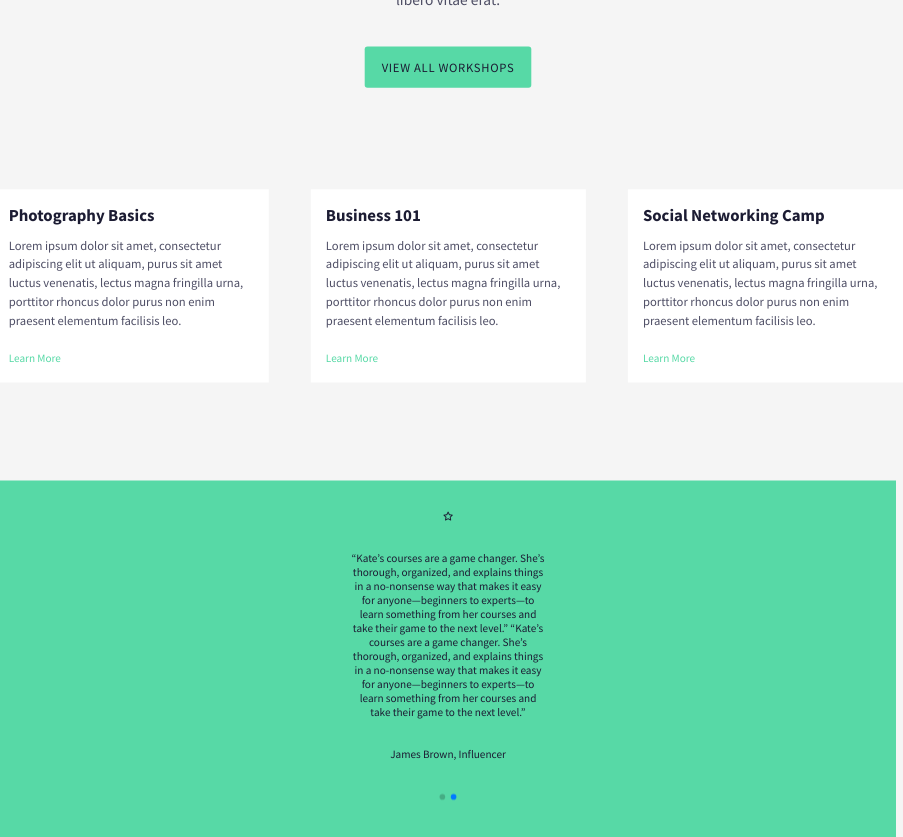
Repository: saidabbasun/skillz
Page: /
An editor plug-in stored every save of this project. The page is shown before and after a run of saves, followed by the edit.
The browser window is 1280 px wide. The page is 1290 px wide, so the pictures cover 1290 px, including what lies to the right of the window. The pictures show the part of the page from y = 3279 to 5159 px (the page is 4475 px tall before and 5159 px after), at 70% of full size.
The project was rebuilt for these pictures with package versions that can differ from the ones it lists, and the page was loaded fresh each time.

Above is the page before, as saved 2022-06-13 14:56:47.

### public/index.html
<!DOCTYPE html>
<html lang="en">
  <head>
    <meta charset="utf-8" />

    <meta name="viewport" content="width=device-width, initial-scale=1" />
    <meta name="theme-color" content="#000000" />
    <link rel="stylesheet" href="https://unicons.iconscout.com/release/v4.0.0/css/line.css">
    <link rel="stylesheet" href="path/to/font-awesome/css/font-awesome.min.css">
    <title>React App</title>
  </head>
  <body>

    <div id="root"></div>

  </body>
</html>

### src/index.js
import React from 'react';
import ReactDOM from 'react-dom/client';
import { BrowserRouter } from "react-router-dom";
import App from './App';


const root = ReactDOM.createRoot(document.getElementById('root'));
root.render(
  <BrowserRouter>
    <App />
  </BrowserRouter>
);

### src/App.js
import Courses from './Components/Courses/Courses';
import Header from './Components/Header';
import Home from './Components/Home';
import Workshops from './Components/Workshops/Workshops';
import './styles/Globl/collection.scss';

function App() {
  return (
    <div>
    <Header/>
    <Home/>
    <Courses/>
    <Workshops/>
    </div>
  );
}

export default App;

### src/Components/Courses/Courses.jsx
import React from "react";
import {Link} from 'react-router-dom'
import Cart from "./Cart";
import ContactUs from '../../assets/images/Contact.png'

const Courses = () => {
  return (
    <div className="container">
        <div className="coursesWrap">

      <div className="coursesTitle">Featured Courses
      <hr className="coursesHr" />
      </div>

      <div className="coursesText">
        Lorem ipsum dolor sit amet, consectetur adipiscing elit. Suspendisse
        varius enim in eros elementum tristique. Duis cursus, mi quis viverra
        ornare, eros dolor interdum nulla, ut commodo diam libero vitae erat.
      </div>
      <Link to={`/`} className="homeBtn ">
      View All Courses
                </Link>
        </div>
        <div className="cartWrap">
       <Cart />
       <Cart/>
       <Cart/>
        </div>
        <div className="contactUs">
          <div className="contactLeftWrap">
          <img src={ContactUs} className='contactImg' alt="Contact us" />
          </div>

          <div className="contactRightWrap">
          <div className='homeTitle'>Get personalized learning recommendations
          <hr className="contactHr" />
          </div>


                <p className="homeText contactText">Lorem ipsum dolor sit amet, consectetur adipiscing elit ut aliquam, purus sit amet luctus venenatis, lectus magna fringilla urnaLorem ipsum dolor sit amet.</p>

                <Link to={`/`} className="homeBtn">
                Contact Us
                </Link>
            </div>
          </div>
        </div>

  );
};

export default Courses;

### src/Components/Header.jsx
import React from 'react'

import { Link } from 'react-router-dom';
import Logo from '../assets/images/Logo.svg';
const Header = () => {
  return (
    <div>
        <div className="topDiscount">
            <p>One week only—50% off all courses with code 50OFF at checkout</p>
        </div>
        <div className="container">
            <div className="navbar">
                <Link  to={`/`}>
                <img src={Logo} alt="logo" />
                </Link>
                <div className="navbarNav">
                    <div className="navItem">
                        <Link  to={`/`} className='navLink'>Courses</Link>
                    </div>
                    <div className="navItem">
                        <Link  to={`/`} className='navLink'>Free Workshops</Link>
                    </div>
                    <div className="navItem">
                        <Link  to={`/`} className='navLink'>Blog</Link>
                    </div>
                    <div className="navItem">
                        <Link  to={`/`} className='navLink'>About</Link>
                    </div>
                    <div className="navItem">
                        <Link  to={`/`} className='navLink'>Contact</Link>
                    </div>
                </div>
                <div className="storWrapper">
                <Link  to={`/`}>
                <i className ="uil uil-shopping-cart stor"></i>
                </Link>
                     <div className="count">
                        <p>0</p>
                     </div>
                </div>
            </div>
        </div>
    </div>
  )
}

export default Header

### src/Components/Home.jsx
import React from 'react'
import { Link } from 'react-router-dom'

const Home = () => {
  return (
    <div className='container'>
        <div className="row">
            <div className="col5">
                <div className="CourseHome">
                    Featured Course
                </div>
                <p className='homeTitle'>Run your own online learning platform</p>
                <p className="homeText">A deep-dive on the Instagram algorythm, hashtags, content strategy, and branding.</p>
                <p className="homeAfter">Kathryn Murphy</p>
                <Link to={`/`} className="homeBtn">
                Learn More
                </Link>
            </div>
            <div className="col7">
            <div className="waveLine"></div>
                <div className="bgRectangle">

                    <div className="Rectangle1"></div>
                    <div className="Rectangle2"></div>
                    <div className="Rectangle3"></div>


                </div>
            </div>
        </div>

    </div>
  )
}

export default Home

### src/Components/Workshops/Workshops.jsx
import React from 'react'
import {Link} from 'react-router-dom';
import { Swiper, SwiperSlide } from "swiper/react";
import "swiper/css";
import "swiper/css/pagination";
import "swiper/css/navigation";

// import required modules
import { Autoplay, Pagination } from "swiper";


const Workshops = () => {

   const  listCart=[
    'Photography Basics' ,
'Business 101',
'Social Networking Camp']
  return (
    <>
    <div className='container'>
         <div className=" workshopsWrap">

<div className="coursesTitle Title ">Upcoming Free Workshops
<hr className="coursesHr" />
</div>

<div className="coursesText Text">
  Lorem ipsum dolor sit amet, consectetur adipiscing elit. Suspendisse
  varius enim in eros elementum tristique. Duis cursus, mi quis viverra
  ornare, eros dolor interdum nulla, ut commodo diam libero vitae erat.
</div>
<Link to={`/`} className="homeBtn ">
View All Workshops
          </Link>
  </div>
    </div>
    <div className="cartWrap workshopsCart">
   {listCart.map((data ,ind)=>(

       <div key={ind} className="cart">
           <p className="cartTitle">
           {data}
           </p>
           <p className="cartText">
           Lorem ipsum dolor sit amet, consectetur adipiscing elit ut aliquam, purus sit amet luctus venenatis, lectus magna fringilla urna, porttitor rhoncus dolor purus non enim praesent elementum facilisis leo.
           </p>
           <Link to={`/`} className='cartLink'>Learn More</Link>

   </div>
   ))}
   </div>
   <div className="caruselWrapper">
   <Swiper
        spaceBetween={50}
        centeredSlides={true}
        autoplay={{
          delay: 3500,
          disableOnInteraction: false,
        }}
        pagination={{
          clickable: true,
        }}

        modules={[Autoplay, Pagination]}
        className="mySwiper"
      >
        <SwiperSlide>
        <i className="uil uil-star"></i>
            <div className="caruselText">


            “Kate’s courses are a game changer. She’s thorough, organized, and explains things in a no-nonsense way that makes it easy for anyone—beginners to experts—to learn something from her courses and take their game to the next level.”
            </div>
            <div className="caruselAfter">
            James Brown, Influencer
            </div>
        </SwiperSlide>
        <SwiperSlide>
        <i className="uil uil-star"></i>
        <div className="caruselText">

                        “Kate’s courses are a game changer. She’s thorough, organized, and explains things in a no-nonsense way that makes it easy for anyone—beginners to experts—to learn something from her courses and take their game to the next level.”

            “Kate’s courses are a game changer. She’s thorough, organized, and explains things in a no-nonsense way that makes it easy for anyone—beginners to experts—to learn something from her courses and take their game to the next level.”
            </div>
            <div className="caruselAfter">
            James Brown, Influencer
            </div>
        </SwiperSlide>

      </Swiper>
   </div>
    </>
  )
}

export default Workshops

### src/styles/Globl/collection.scss
@import './globl';
@import './variables.scss';
@import './mixin';
@import '../Globl/font-face.scss';
@import '../Header.scss';
@import '../Home.scss';
@import '../Courses.scss';
@import '../Workshops.scss';

### src/Components/Courses/Cart.jsx
import React from 'react'
import {Link} from 'react-router-dom';
import Course from '../../assets/images/Course1.png'
const Cart = () => {
  return (
    <div className='cart'>
   <img className='cartImg' src={Course} alt="img" />
   <div className="cartBody">

      <div className="cartText">
      How to Increase Your Engagement on Instagram
      </div>
      <div className="homeAfter">
      Katie Murphy
      </div>
      <div className="PriceWrap">


      <div className="Price oldPrice">
      $ 59.99 USD
      </div>
      <div className="Price ">
      $ 59.99 USD
      </div>
      </div>
      <Link to={`/`} className='cartLink'>Learn More</Link>
   </div>
    </div>
  )
}

export default Cart

### src/styles/Globl/_globl.scss

@import './variables.scss';
*{
    box-sizing: border-box;
    padding: 0;
    margin: 0;
    font-family:SourceSansProRegular ;
    color: $color_bg_title;
}
body{
    background-color: $color_body;
}
.container{
    margin: 0 auto;


}

### src/styles/Globl/variables.scss
$color_btn:#57D9A6;
$color_body:#F5F5F5;
$color_bg_title:#1C1C33;
$text_footer: #F6F6F8;
$color_text:#4E4E65;
$color_white:#FFFFFF;
$color_cartBg:#FC5468;
$rastangle_size:100px;

### src/styles/Globl/_mixin.scss
@import '../Globl/variables.scss';
@mixin flexbox {
    display: flex;
    align-items: center;
}
@mixin Rectangle($radius,$namber) {

 position: absolute;

    width:  calc(#{$rastangle_size}  *#{$namber});
    height:  calc(#{$rastangle_size}  * #{$namber});
     border-radius: 50%;
     border-top-right-radius: $radius;
     background-color: $color_btn;
     box-shadow: 14px 14px 20px rgba(28, 28, 51, 0.5);
}

### src/styles/Globl/font-face.scss


@font-face {
    font-family: SourceSansProRegular;

    src:  url('../../assets/fontFamily/SourceSansPro-Regular.ttf');
  }
  @font-face {
    font-family: SourceSansProBold;

    src:  url('../../assets/fontFamily/SourceSansPro-Bold.ttf');
  }
  @font-face {
    font-family: SourceSansProItalic;

    src:  url('../../assets/fontFamily/SourceSansPro-Italic.ttf');
  }

### src/styles/Header.scss
@import './Globl/variables.scss';
@import './Globl/mixin';
.topDiscount{
    background-color:$color_btn;
    font-weight: 400;
font-size: 18px;
text-align: center;

padding: 8px 0;

}
.navbar{
    @include flexbox;
    background-color:$color_bg_title;
    justify-content:space-between;
    padding: 24px 82px;
}
.navbarNav{
    @include flexbox;
 column-gap: 40px;
}

.navLink{

    font-weight: 400;
font-size: 17px;
    text-decoration: none;
    color: $text_footer;
}
.storWrapper{
    position: relative;
}
.stor{
    color:$color_white;
    font-size: 40px;


}
.count{
    padding:0  6px;
    background-color: $color_cartBg;
    color: $color_white;
    position: absolute;
    border-radius: 50%;
    font-size: 11px;
    line-height: 18px;
    position: absolute;
    top: 3px;
    right: 0;

}

### src/styles/Home.scss
@import './Globl/variables.scss';
@import './Globl/mixin';
.row{

    padding:0 0 120px 82px;
 @include flexbox;

 background-color: $color_bg_title;
}
.col5{
    width: 35%;

    color: $text_footer;
}
.CourseHome{
   width: 150px;
   padding: 7px 0;
    font-weight: 400;
font-size: 16px;
letter-spacing: 1px;
text-transform: uppercase;
color: $text_footer;
border-bottom: 2px solid $color_btn;
}
.homeTitle{
    font-family: SourceSansProBold;
    padding: 59px 0 22px;
    font-weight: 700;
font-size: 55px;
line-height: 60px;
color: $text_footer;
}
.homeText{
    line-height: 33px;
font-weight: 400;
font-size: 22px;
color: $text_footer;
}
.homeAfter{
    margin: 22px 0 48px ;
    font-weight: 400;
font-size: 17px;
line-height: 27px;
color: #B2B2BF;
}
.homeBtn{

    font-weight: 400;
font-size: 18px;
line-height: 27px;
padding: 16px 24px;
letter-spacing: 1px;
text-transform: uppercase;
background-color: $color_btn;
color: $color_bg_title;
text-decoration: none   ;
border-radius: 4px;
}

.col7{
    position: relative;
    width: 60%;

    padding-top: 200px;
}

.bgRectangle{
position: relative;

 margin: 0 auto;
   width:calc(#{$rastangle_size} * 6.2);
    height: calc(#{$rastangle_size}  * 6.2);
    filter: drop-shadow(21px 21px 30px rgba(28, 28, 51, 0.4));
    border-radius: 50%;
    border-top-left-radius: 8px;

    background-image: url(../assets/images/homeImg.png);
}
    .waveLine{
      position: absolute;
      top: 150px;
      left: 90px;
        width: calc(#{$rastangle_size} * 3.5);
        height:calc(#{$rastangle_size}*2.38);
        background-image: url(../assets/images/Line.png);
        background-repeat: repeat-y;
        background-position: center;
    }
    .Rectangle1{
        @include Rectangle(6px,1) ;
      transform: rotate(-90deg);
        top: -50px;
        left: 300px;
    }
    .Rectangle2{
        @include Rectangle(16px,1.5) ;
       top: -20px;
       right: 45px;

    }
    .Rectangle3{
        @include Rectangle(36px,3.4) ;
        right: -100px;
        bottom: 20px;
    }

### src/styles/Courses.scss
@import './Globl/variables.scss';
@import './Globl/mixin';
.coursesWrap{
    background-color: $color_bg_title;
    padding: 80px 82px;
    display: flex;
    justify-content: center;
    flex-direction: column;
    align-items: center;
}
.coursesTitle{
    font-family: SourceSansProBold;
    color:$text_footer ;
    font-weight: 700;
font-size: 44px;
line-height: 53px;

}
.coursesHr{
    margin: 0 auto;
    width: 150px;
    background-color: $color_btn;
    border:2px solid  $color_btn;
    margin-top: 17px;

}
.coursesText{
    font-weight: 400;
font-size: 22px;
line-height: 33px;
color:$text_footer ;
text-align: center;
padding: 50px 400px;

}
.cartWrap{
    display: grid;
    align-items: center;
    grid-template-columns:repeat(3,auto);
    justify-content: center;
    gap: 60px;
    background-color: $color_bg_title;
    padding: 0 82px 140px;

}
.cart{
    width: 393px;
    background-color: $color_white;
}
.cartImg{

    height: 197px;
}
.cartBody{
    padding: 22px 90px 25px 24px;
}
.cartText{
    font-weight: 400;
font-size: 24px;
line-height: 29px;

}
.homeAfter{
    font-weight: 400;
font-size: 17px;
line-height: 27px;
color: $color_text;

}
.PriceWrap{
    display: flex;
    column-gap: 8px;
    padding: 8px 0 15px ;
}
.Price{
    font-weight: 400;
font-size: 22px;


}
.oldPrice{
    color: #B2B2BF;
}
.cartLink{
    font-weight: 400;
font-size: 16px;
line-height: 21px;
color: #57D9A6;
text-decoration: none;
}
.contactUs{
    @include flexbox;
    justify-content: center;
    background-color: $color_bg_title;
}
.contactLeftWrap{
    width: 70%;
}
.contactRightWrap{
    padding: 0 80px;
    @include flexbox;
    justify-content: center;
    flex-direction: column;

    row-gap: 50px;
}
.contactHr{
    width: 150px;
    background-color: $color_btn;
    border: 2px solid $color_btn;
    margin-top: 16px;
}
.contactImg{
    width: 100%;
}
.contactText{

}

### src/styles/Workshops.scss
@import './Globl/variables.scss';
.workshopsWrap{
    padding: 145px 82px;
    display: flex;
    justify-content: center;
    flex-direction: column;
    align-items: center;

    .Title{
        color: $color_bg_title;
    }
    .Text{
        color: $color_text
    }
}
.workshopsCart{
    background-color: transparent;
    .cart{
        padding: 22px 36px 24px 22px;

    }
    .cartTitle{
        font-family: SourceSansProBold;
        font-weight: 700;
font-size: 24px;
line-height: 29px;
    }
    .cartText{
        font-weight: 400;
font-size: 18px;
line-height: 27px;
color: $color_text;
padding: 15px 0 30px;
    }
}
.caruselWrapper{
    padding: 82px 117px 300px  117px;
    background-color: $color_btn;
    padding: 40px 0;
    text-align: center;
}
.caruselText{
    padding: 40px 500px;
}
.caruselAfter{
    padding-bottom: 70px;
}

After the next 5 saves:
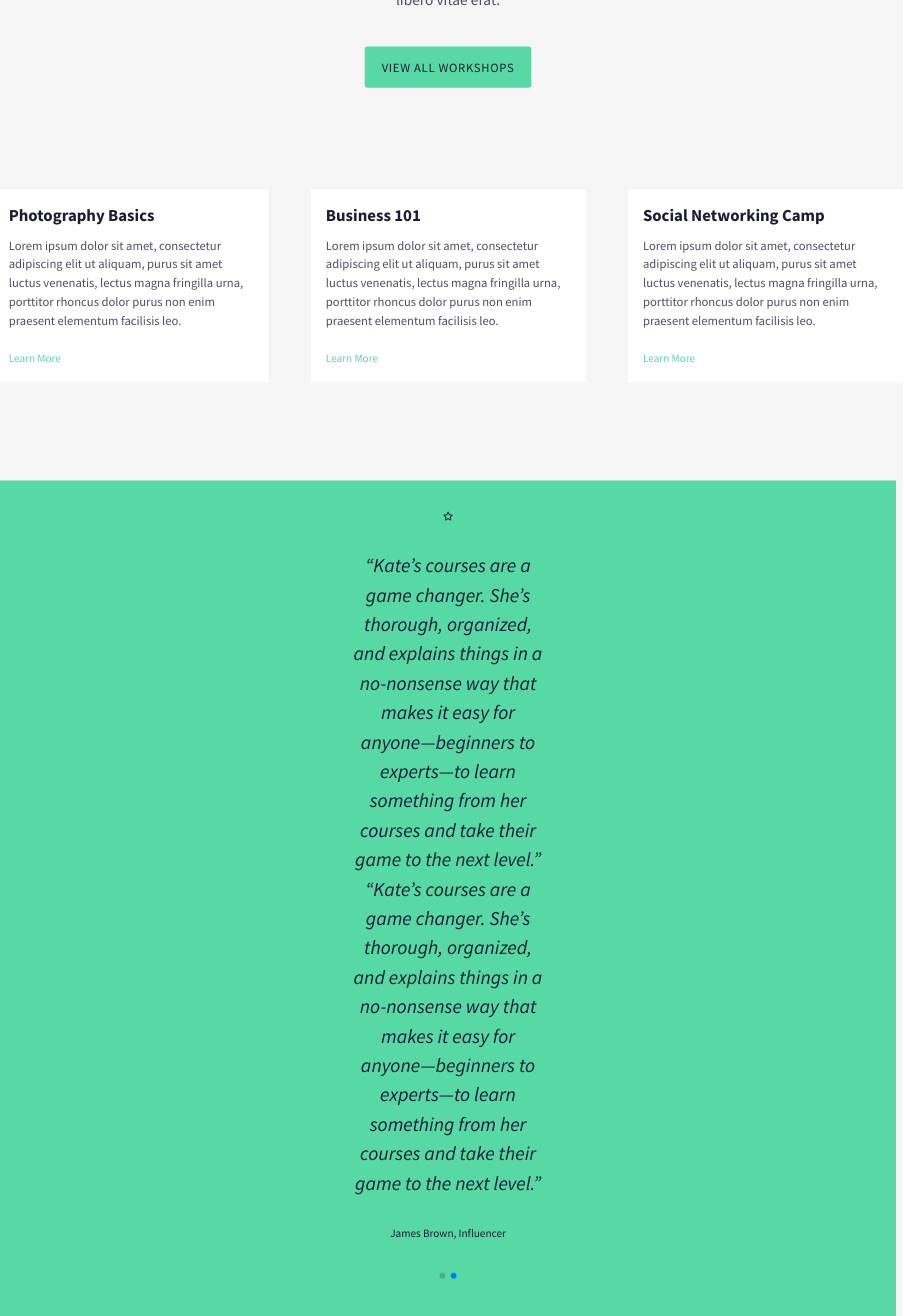
The 5 saves are shown as one change because 1 did not build or start and some came seconds apart.
The last was saved 103 s later.
--- a/src/styles/Workshops.scss
+++ b/src/styles/Workshops.scss
@@ -41,6 +41,10 @@ padding: 15px 0 30px;
 }
 .caruselText{
     padding: 40px 500px;
+    font-weight: 400;
+font-size: 28px;
+line-height: 42px;
+font-family: SourceSansProItalic;
 }
 .caruselAfter{
     padding-bottom: 70px;
